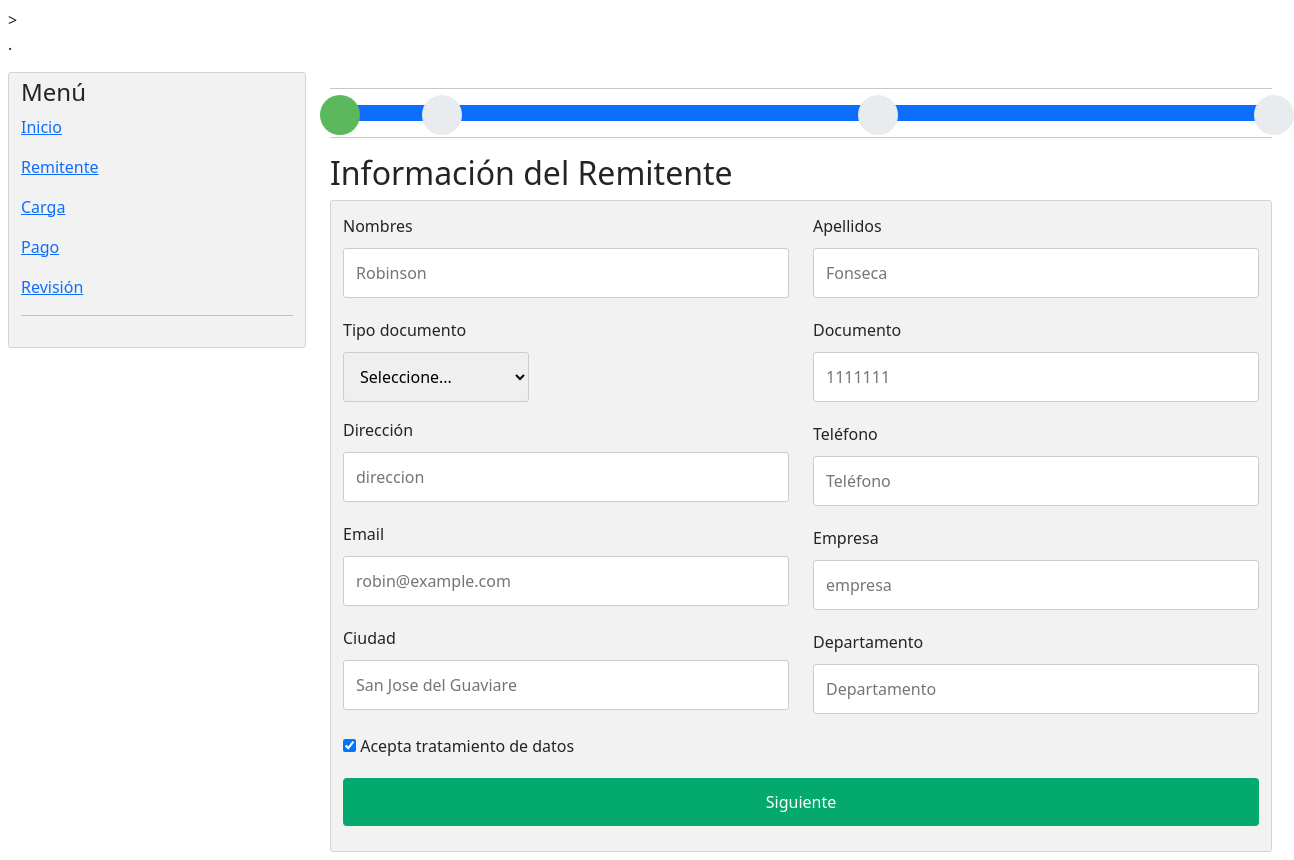
Repository: SennovaFluvial/Trasnfluvial
Page: appFluvial/templates/card1.html
These files come from the project's save history. The page is drawn as it stood at one moment and after the next save; the edit follows.
The browser window is 1280 px wide. The page is 1294 px wide, so the pictures cover 1294 px, including what lies to the right of the window. The pictures show the whole page.
The template is drawn by Django 3.2. The application's start-up code is not run. The template is opened directly, without the code that normally fills it, so the values that code supplies are empty.

Above is the page before, as saved 2023-10-18 22:42:30.

After the next save:
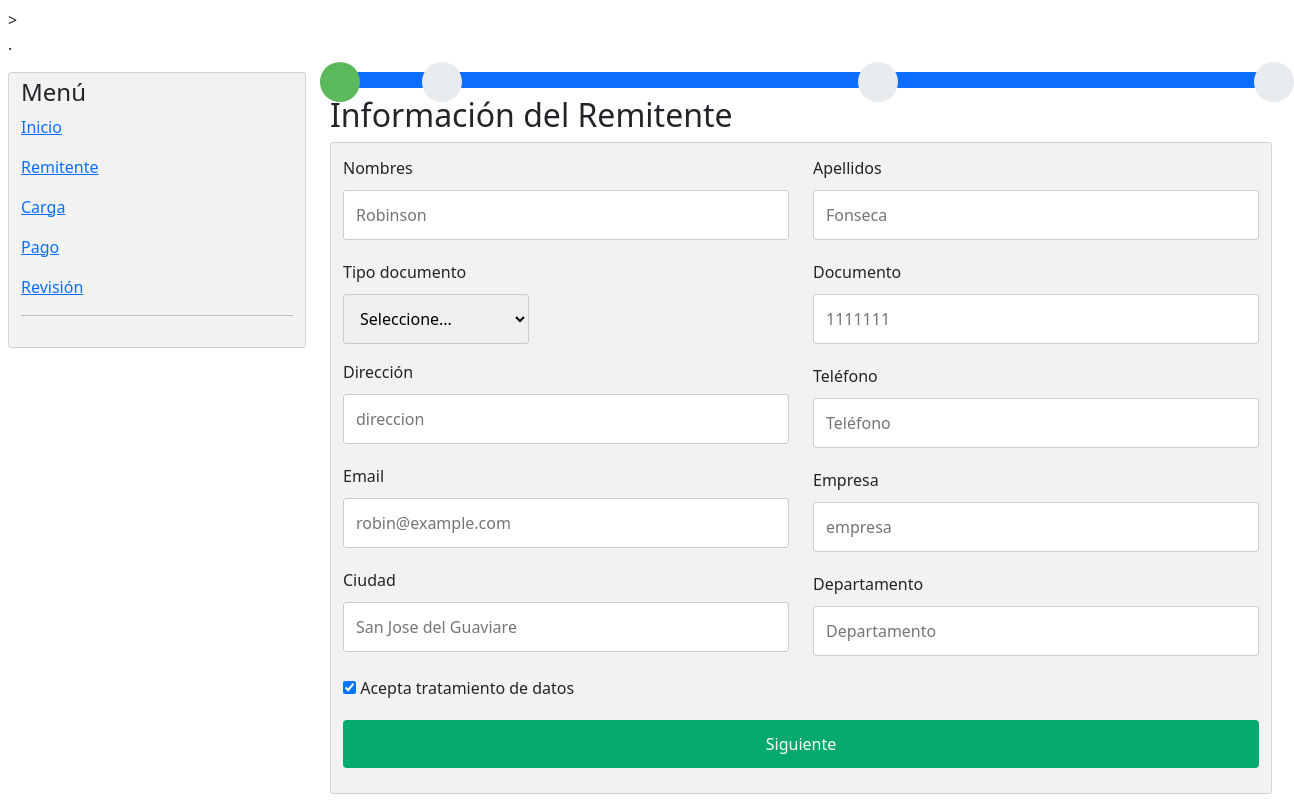
Saved 22 s later.
--- a/appFluvial/templates/card1.html
+++ b/appFluvial/templates/card1.html
@@ -188,7 +188,7 @@ span.price {
     <div class="">
       <div class="row"><br />
         <div class="col-md-12">
-            <hr />
+
         <div class="progress">
             <div class="one success-color"></div>
             <div class="two no-color"></div>
@@ -196,7 +196,7 @@ span.price {
             <div class="four no-color"></div>
             <div class="progress-bar progress-bar-success" style="width: 100%"></div>
         </div>
-            <hr />
+
       </div>
       </div>
     </div>
